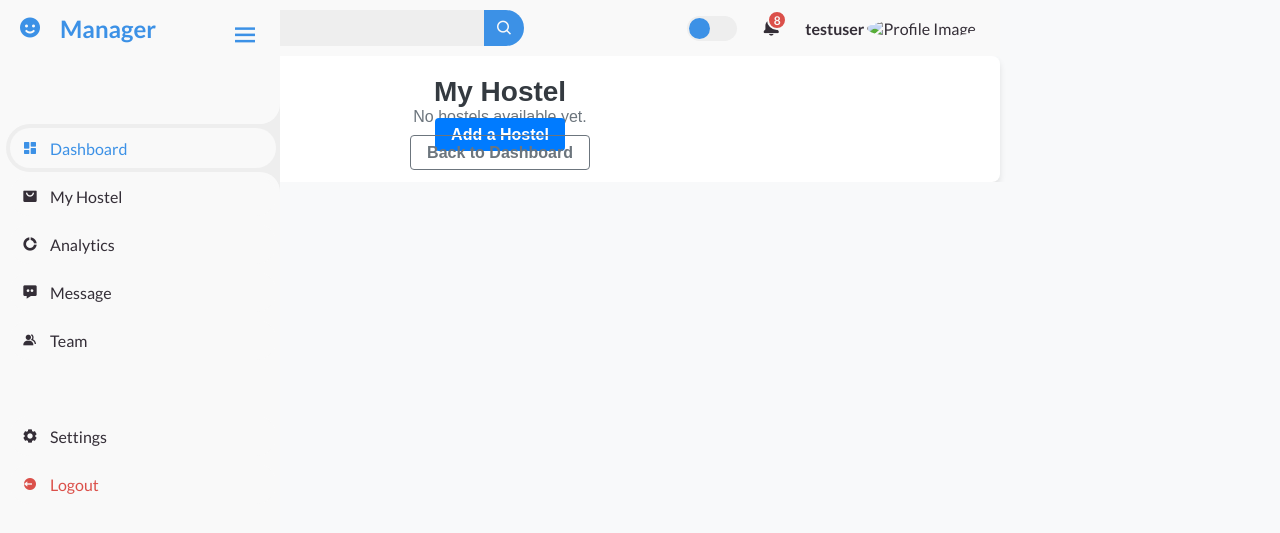
Repository: peter417waweru/hostelkona
Page: http://localhost/dashboard/my-hostels/
The author's editor kept a copy of each file at every save. The page is drawn from the files as they stood at one save, then again after the next save.
The browser window is 1280 px wide. The pictures show the whole page.
The page is served by the project's application, run on Django 5.2 (hostelkona/manage.py). A made-up administrator, testuser (Test User, test@example.com), is signed in. Queries for data that is not in the repository find no rows.

Above is the page before, as saved 2025-01-26 12:28:40.

After the next save:
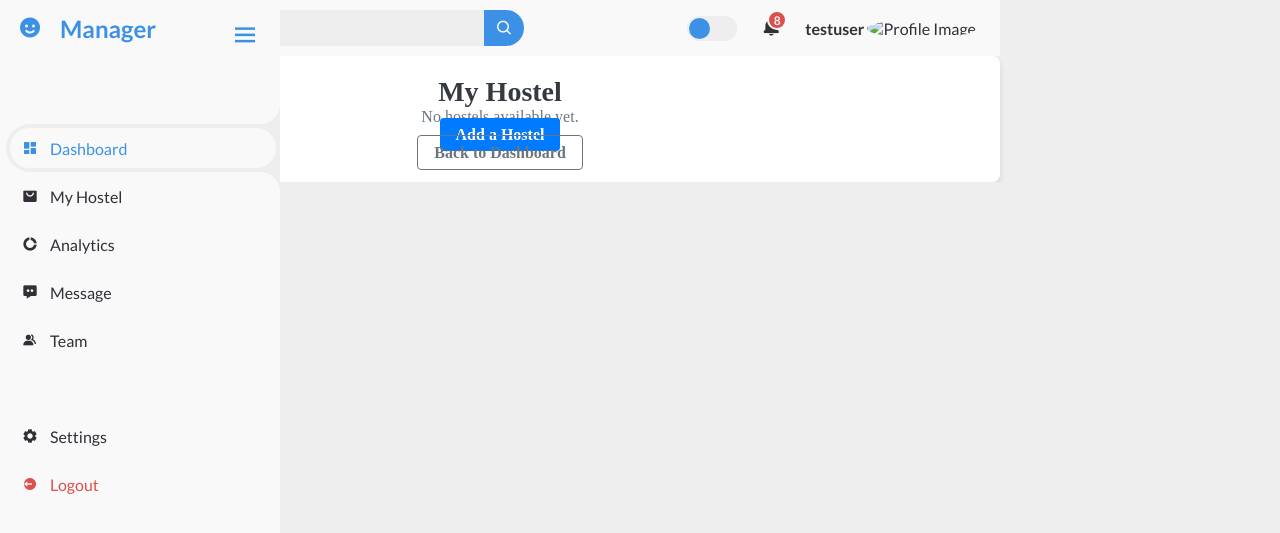
Saved 4 min 36 s later.
--- a/hostelkona/kona/static/styles/myhostels.css
+++ b/hostelkona/kona/static/styles/myhostels.css
@@ -1,7 +1,49 @@
-/* General Styling */
+@import url('https://fonts.googleapis.com/css2?family=Lato:wght@400;700&family=Poppins:wght@400;500;600;700&display=swap');
+
+* {
+	margin: 0;
+	padding: 0;
+	box-sizing: border-box;
+}
+
+a {
+	text-decoration: none;
+}
+
+li {
+	list-style: none;
+}
+
+:root {
+	--poppins: 'Poppins', sans-serif;
+	--lato: 'Lato', sans-serif;
+
+	--light: #F9F9F9;
+	--blue: #3C91E6;
+	--light-blue: #CFE8FF;
+	--grey: #eee;
+	--dark-grey: #AAAAAA;
+	--dark: #342E37;
+	--red: #DB504A;
+	--yellow: #FFCE26;
+	--light-yellow: #FFF2C6;
+	--orange: #FD7238;
+	--light-orange: #FFE0D3;
+}
+
+html {
+	overflow-x: hidden;
+}
+
+body.dark {
+	--light: #0C0C1E;
+	--grey: #060714;
+	--dark: #FBFBFB;
+}
+
 body {
-    background-color: #f8f9fa;
-    font-family: 'Arial', sans-serif;
+	background: var(--grey);
+	overflow-x: hidden;
 }
 
 /* Main Container */
